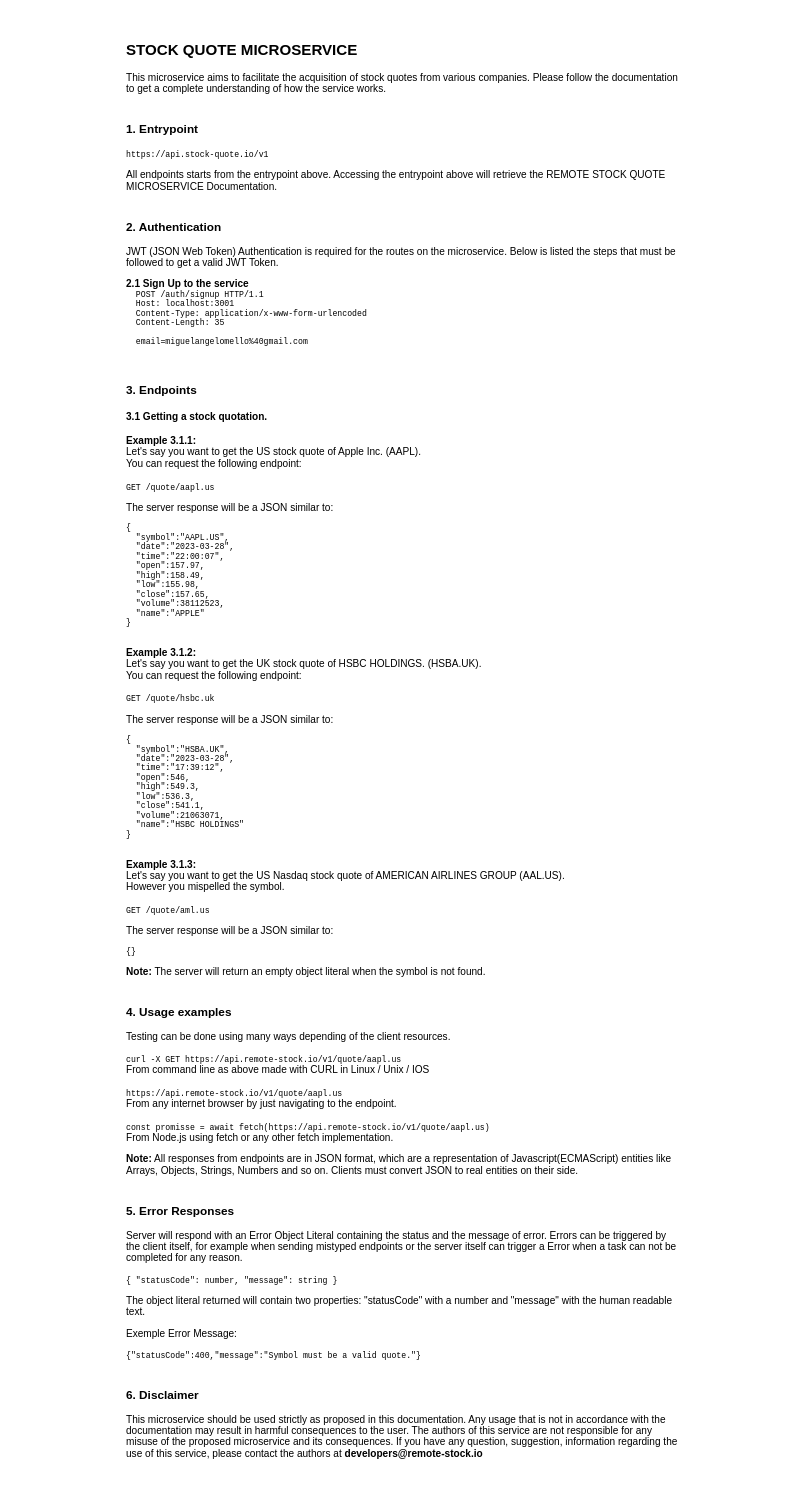
Repository: miguelamello/nest-js
Page: stock-service/documentation.html
The author's editor kept a copy of each file at every save. The page is drawn from the files as they stood at one save, then again after the next save.
The browser window is 1280 px wide. The pictures show the whole page, at 63% of full size.

Above is the page before, as saved 2023-04-01 15:46:48.

### stock-service/documentation.html
<!DOCTYPE html>
<html lang="en">
<head>
  <meta charset="UTF-8">
  <meta http-equiv="X-UA-Compatible" content="IE=edge">
  <meta name="viewport" content="width=device-width, initial-scale=1.0">
  <title>STOCK QUOTE MICROSERVICE</title>
  <style>
    body {
      font-family: Arial, Helvetica, sans-serif;
      padding: 3% 15%;
    }
    h3 {
      margin-top: 5%;
    }
    pre {
      margin: 0;
    }
  </style>
</head>
<body>
  <h2>STOCK QUOTE MICROSERVICE</h2>
  <p>
    This microservice aims to facilitate the acquisition of stock quotes from various companies.
    Please follow the documentation to get a complete understanding of how the service works.
  </p>

  <h3>1. Entrypoint</h3>
  <code>https://api.stock-quote.io/v1</code>
  <p>
    All endpoints starts from the entrypoint above. Accessing the entrypoint
    above will retrieve the REMOTE STOCK QUOTE MICROSERVICE Documentation.
  </p>

  <h3>2. Authentication</h3>
  <p>JWT (JSON Web Token) Authentication is required for the routes on the microservice.
    Below is listed the steps that must be followed to get a valid JWT Token.</p>

  <p>
    <div><b>2.1 Sign Up to the service</b></div>
    <pre>
  POST /auth/signup HTTP/1.1
  Host: localhost:3001
  Content-Type: application/x-www-form-urlencoded
  Content-Length: 35

  email=miguelangelomello%40gmail.com
    </pre>
  </p>

  <h3>3. Endpoints</h3>

  <h4>3.1 Getting a stock quotation.</h4>

  <p>
    <div><b>Example 3.1.1:</b></div>
    <div>Let's say you want to get the US stock quote of Apple Inc. (AAPL).</div>
    <div>You can request the following endpoint:</div><br>
    <code>GET /quote/aapl.us</code>

    <p>The server response will be a JSON similar to:</p>

    <pre>
{
  "symbol":"AAPL.US",
  "date":"2023-03-28",
  "time":"22:00:07",
  "open":157.97,
  "high":158.49,
  "low":155.98,
  "close":157.65,
  "volume":38112523,
  "name":"APPLE"
}
    </pre>
  </p>
  <p>
    <div><b>Example 3.1.2:</b></div>
    <div>Let's say you want to get the UK stock quote of HSBC HOLDINGS. (HSBA.UK).</div>
    <div>You can request the following endpoint:</div><br>
    <code>GET /quote/hsbc.uk</code>

    <p>The server response will be a JSON similar to:</p>

    <pre>
{
  "symbol":"HSBA.UK",
  "date":"2023-03-28",
  "time":"17:39:12",
  "open":546,
  "high":549.3,
  "low":536.3,
  "close":541.1,
  "volume":21063071,
  "name":"HSBC HOLDINGS"
}
    </pre>
  </p>

  <p>
    <div><b>Example 3.1.3:</b></div>
    <div>Let's say you want to get the US Nasdaq stock quote of AMERICAN AIRLINES GROUP (AAL.US).</div>
    <div>However you mispelled the symbol.</div><br>
    <code>GET /quote/aml.us</code>

    <p>The server response will be a JSON similar to:</p>

    <pre>{}</pre>

    <p>
      <b>Note:</b> The server will return an empty object literal when the symbol is not found.
    </p>
  </p>

  <h3>4. Usage examples</h3>

  <p>Testing can be done using many ways depending of the client resources.</p>

  <code>curl -X GET https://api.remote-stock.io/v1/quote/aapl.us</code>
  <div>From command line as above made with CURL in Linux / Unix / IOS</div>
  <br>
  <code>https://api.remote-stock.io/v1/quote/aapl.us</code>
  <div>From any internet browser by just navigating to the endpoint.</div>
  <br>
  <code>const promisse = await fetch(https://api.remote-stock.io/v1/quote/aapl.us)</code>
  <div>From Node.js using fetch or any other fetch implementation.</div>

  <p>
    <b>Note:</b> All responses from endpoints are in JSON format, which are a
    representation of Javascript(ECMAScript) entities like Arrays, Objects,
    Strings, Numbers and so on. Clients must convert JSON to real entities
    on their side.
  </p>

  <h3>5. Error Responses</h3>

  <p>
    Server will respond with an Error Object Literal containing
    the status and the message of error. Errors can be triggered
    by the client itself, for example when sending mistyped endpoints
    or the server itself can trigger a Error when a
    task can not be completed for any reason.
  </p>

  <p>
    <code>{ "statusCode": number, "message": string }</code><br>
    <div>
      The object literal returned will contain two properties:
      "statusCode" with a number and "message" with the human readable text.
    </div>
  </p>

  <p>Exemple Error Message:</p>
  <p>
    <code>
      {"statusCode":400,"message":"Symbol must be a valid quote."}
    </code>
  </p>

  <h3>6. Disclaimer</h3>
  <p>
    This microservice should be used strictly as proposed in this documentation.
    Any usage that is not in accordance with the documentation may result in harmful
    consequences to the user. The authors of this service are not responsible for
    any misuse of the proposed microservice and its consequences. If you have any question,
    suggestion, information regarding the use of this service, please contact
    the authors at <b>developers@remote-stock.io</b>
  </p>

</body>
</html>

After the next save:
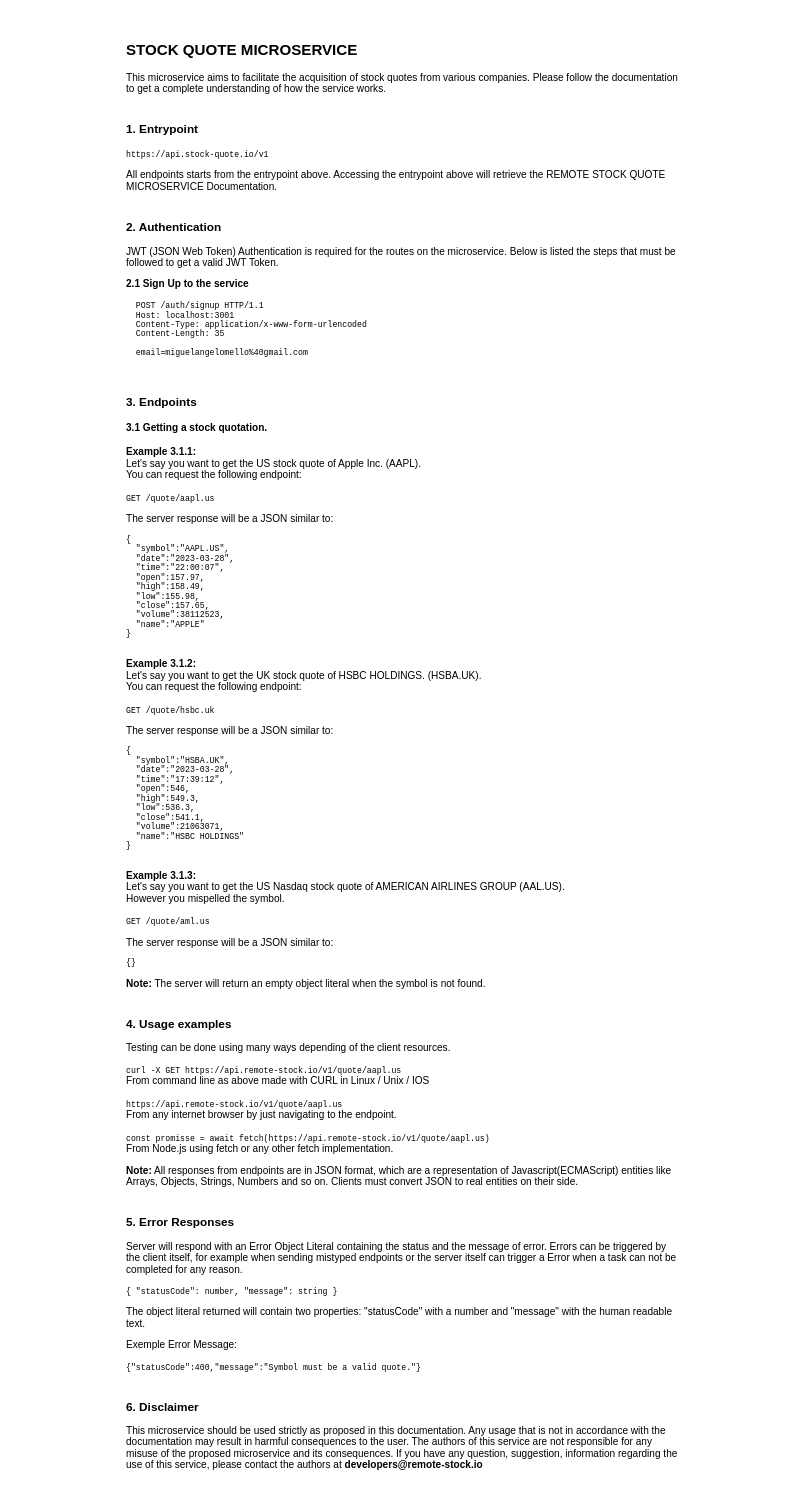
Saved 15 s later.
--- a/stock-service/documentation.html
+++ b/stock-service/documentation.html
@@ -37,7 +37,7 @@
     Below is listed the steps that must be followed to get a valid JWT Token.</p>
 
   <p>
-    <div><b>2.1 Sign Up to the service</b></div>
+    <div><b>2.1 Sign Up to the service</b></div><br>
     <pre>
   POST /auth/signup HTTP/1.1
   Host: localhost:3001
